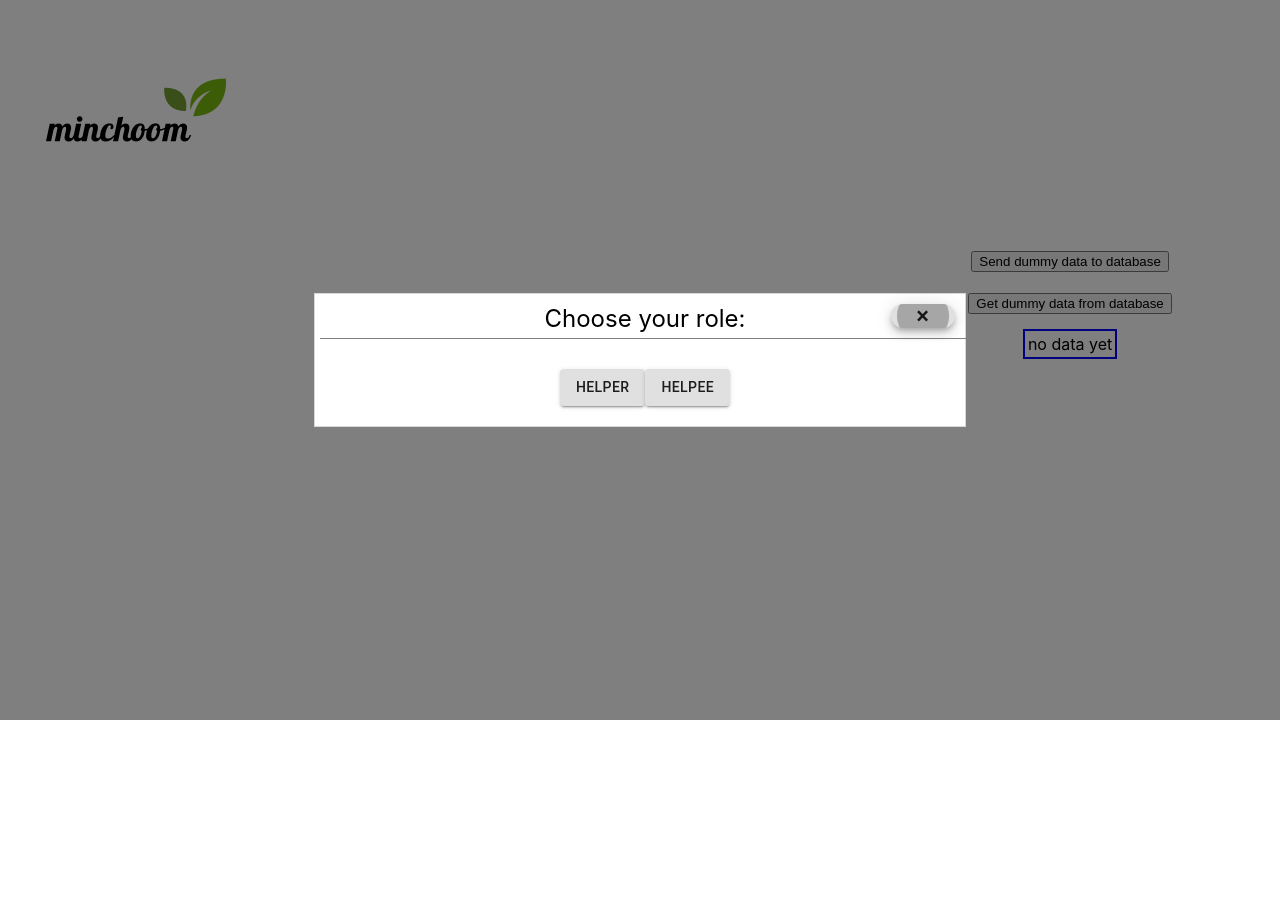
Repository: jeongeonp/MinChoAvengers
Page: / (app in minchoom/)
An editor plug-in stored every save of this project. The page is shown before and after the next save, followed by the edit.
The browser window is 1280 px wide. The pictures show the whole page.
The project was rebuilt for these pictures with package versions that can differ from the ones it lists, and the page was loaded fresh each time.

Above is the page before, as saved 2020-11-19 17:01:10.

### minchoom/src/App.js
import React, { Component } from 'react';
import { BrowserRouter as Router, Route } from 'react-router-dom';
import Home from './components/Home'



class App extends Component {
  constructor(props) {
    super(props);
  }
  render() {

    return (
      <Router>
          <Route exact path="/" component={Home}></Route>
      </Router>
    );
  }
}

export default App;

### minchoom/src/components/Home.js
import React, { Component } from 'react';
import ReactPlayer from 'react-player'
import { Header, Input, Form, Button, Progress, Dimmer, Loader } from 'semantic-ui-react';
import '../App.css';
import logo from'../minchoom-logo.png';
import Chat from './Chat';
import Modal from './Modal';

const databaseURL = "https://minchoom-cs473.firebaseio.com/";

class Home extends Component {
    constructor(props) {
        super(props);
        this.state = {
            playing: false,
            playbackRate: 1.0,
            modalOpen: true,
            dummyData: "no data yet",
        }
        this.sendData = this.sendData.bind(this);
        this.getData = this.getData.bind(this);
        this.closeModal = this.closeModal.bind(this);
    }

    sendData = () => {
        const sampleString = "Sent at " + new Date() + "- last dummy data from firebase."
        const sampleDict = {text: "Sent at " + new Date() + "- last dummy data from firebase."}
        return fetch( `${databaseURL+'/dummyData'}/.json`, {
            method: 'PATCH',
            body: JSON.stringify(sampleDict)
        }).then(res => {
            if (res.status !== 200) {
                throw new Error(res.statusText);
            }
            return res.json();
        }).then(() => {
            console.log("Dummy data succesfully sent!")
        })
    }

    getData = () => {
        fetch( `${databaseURL+'/dummyData'}/.json`).then(res => {
            if (res.status !== 200) {
                throw new Error(res.statusText);
            }
            return res.json();
        }).then(res => {
            const keys = Object.keys(res)
            console.log(res)
            this.setState({
                dummyData: res["text"],
            })
        })
    }

    closeModal(){
        this.setState({modalOpen: false})
      }

    render() {
        const { } = this.props;
        const {playing, playbackRate, dummyData, modalOpen} = this.state;
        const { sendData, getData } = this;
        return (
            <div className="Home">
                <div className="header-bar">
                    <div className="header-title">
                        <img src={logo} alt="fireSpot"/>
                    {/*
                    <Header as="h1">
                        Minchoom 🌿
                    </Header>
                    */}
                    </div>
                </div>
                <div className="main-page">
                <div className="split-left"  tabIndex="1">
                    <div className="main-video">
                    <ReactPlayer ref={this.ref} playing={playing}
                    playbackRate={playbackRate} id="video"  width="100%" height="100%" controls url = {'https://www.youtube.com/watch?v=rj_YjNakQ5k'} onPause={this._onPause}
                    onPlay={this._onPlay}
                    onReady={this._onReady}
                    onProgress={this.handleProgress}
                    onDuration={this.handleDuration}
                    onSeek={this._onSeek}>
                    </ReactPlayer>
                    </div>
                </div>
                <div className="split-right" >
                    <Chat>

                    </Chat>
                    <button type="button" onClick={sendData}>Send dummy data to database</button> <br/> <br/>
                    <button type="button" onClick={getData}>Get dummy data from database</button> <br/> <br/>
                    { dummyData
                        ?
                        <span style={{border: "2px solid blue", padding: "3px", margin: "3px"}}>{dummyData}</span>
                        :
                        <span> no data yet</span>
                    }
                </div>
                </div>
                <Modal open={modalOpen} closeModal={this.closeModal}></Modal>
            </div>
        )
    }
}
export default Home;

### minchoom/src/App.css

.Home {
  text-align: center;
  height: 100vh;
}
.header-title {
  margin: 10px 10px;
}

.header-bar{
  justify-content: left;
  display: grid;
  margin-left: 2%;
  grid-auto-flow: column dense;
}


.main-page {
  width: 100%;
  height: 90%;
  display: flex;
}

.split-left {
  width: 70%;
  height: 100%;
  margin-left: 2%;
  margin-top: 2%;
  overflow-x: hidden;
  overflow-y: hidden;
  left: 0;
}
.split-right {
  width: 30%;
  height: 100%;
  margin-right: 2%;
  margin-top: 2%;
  overflow-x: hidden;
  overflow-y: hidden;
  right: 0;
}
.main-video {
  /* top: 10%; */
  width: 90%;
  height: 70%;

}

.modal {
  font-size: 17px;
}
.modal > .header {
  width: 100%;
  border-bottom: 1px solid gray;
  font-size: 24px;
  text-align: center;
  padding: 5px;
}
.modal > .content {
  width: 100%;
  padding: 10px 5px 10px;
  text-align: center;
  font-size: 20px;
}
.modal > .actions {
  width: 100%;
  padding: 10px 5px 15px;
  margin: auto;
  text-align: center;

}
.modal > .close {
  cursor: pointer;
  position: absolute;
  display: block;
  padding: 2px 5px;
  line-height: 20px;
  right: 10px;
  top: 10px;
  font-size: 24px;
  border-radius: 18px;
  border: none;
}

.button{
  margin: 5px;
}


@keyframes App-logo-spin {
  from {
    transform: rotate(0deg);
  }
  to {
    transform: rotate(360deg);
  }
}

### minchoom/src/components/Chat.js
import React from "react";
import Popup from "reactjs-popup";
import '../App.css';

export default class Chat extends React.Component {
    constructor(props) {
        super(props);
        this.state = {

          };
      }




    render() {

       return null;

    }};

### minchoom/src/components/Modal.js
import React from "react";
import Popup from "reactjs-popup";
import '../App.css';
import 'reactjs-popup/dist/index.css';
import Button from '@material-ui/core/Button';

export default class Modal extends React.Component {
    constructor(props) {
        super(props);
        this.state = {

          };
      }


      handleChange(event) {
        this.setState({input: event.target.value});
      }

      handleSubmit(event, close) {

        return false;
      }



    render() {
        const { open, closeModal, } = this.props;
        return (
            <Popup  open={open} position="top center" >
              {close => (
                <div className="modal">
                  <Button className="close"  variant="contained"  onClick={close}>
                    &times;
                  </Button>
                  <div className="header"> Choose your role: </div>
                  <div className="content">
                  {" "}
                  </div>
                  <div className="actions">
                  <Button className="button" variant="contained" onClick={() => { console.log("modal closed "); closeModal();
                      //send to server
                    }}>
                      Helper
                  </Button>
                  <Button className="button" variant="contained" onClick={() => { console.log("modal closed "); closeModal();
                      //send to server
                    }}>
                      Helpee
                  </Button>
                  </div>
                </div>
              )}

            </Popup>
        )
    }};

Loaded but not shown: minchoom/public/index.html (common file); minchoom/src/index.js (common file); minchoom/src/index.css (common file); minchoom/src/reportWebVitals.js (common file)

After the next save:
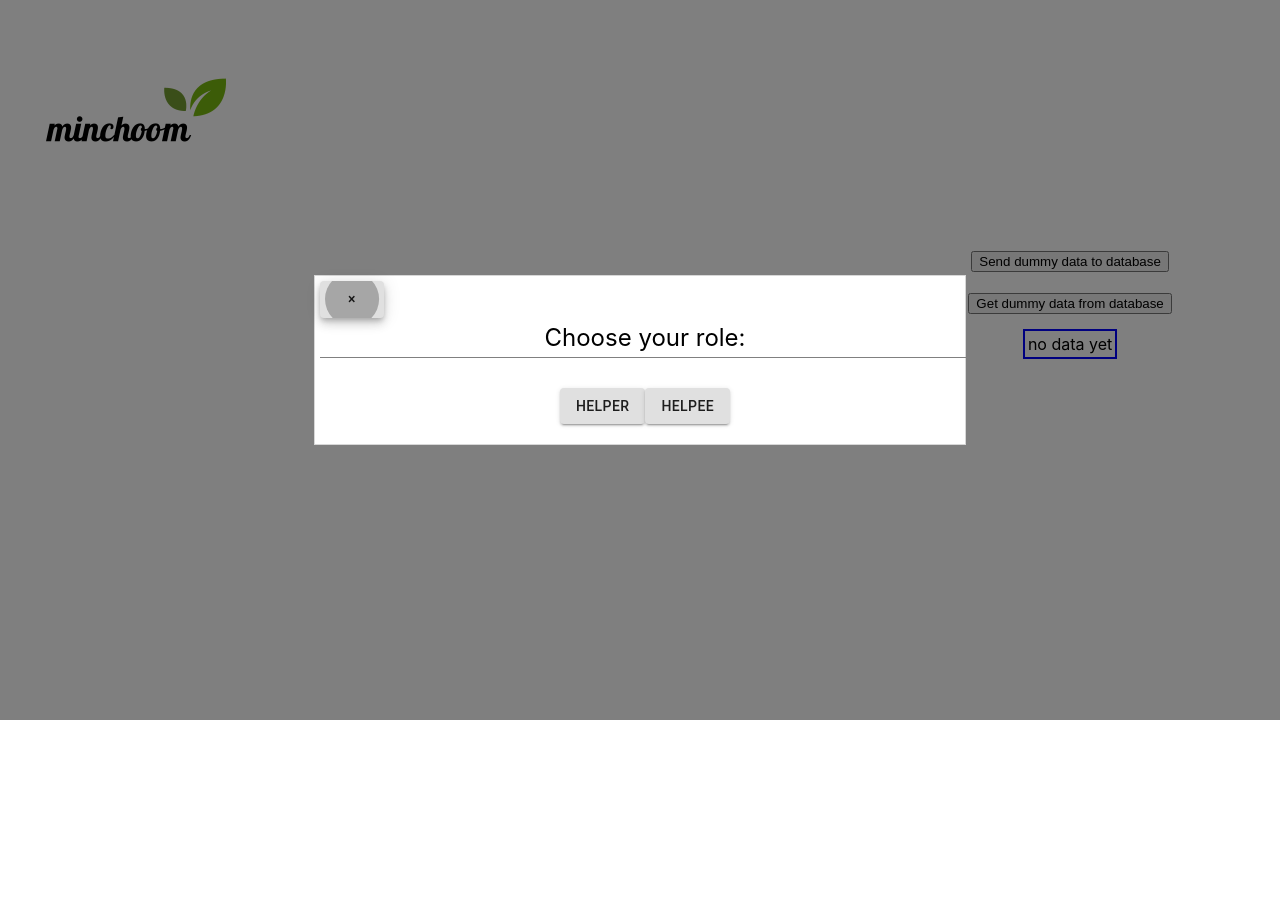
Saved 11 s later.
--- a/minchoom/src/App.css
+++ b/minchoom/src/App.css
@@ -69,19 +69,6 @@
   text-align: center;
 
 }
-.modal > .close {
-  cursor: pointer;
-  position: absolute;
-  display: block;
-  padding: 2px 5px;
-  line-height: 20px;
-  right: 10px;
-  top: 10px;
-  font-size: 24px;
-  border-radius: 18px;
-  border: none;
-}
-
 .button{
   margin: 5px;
 }
